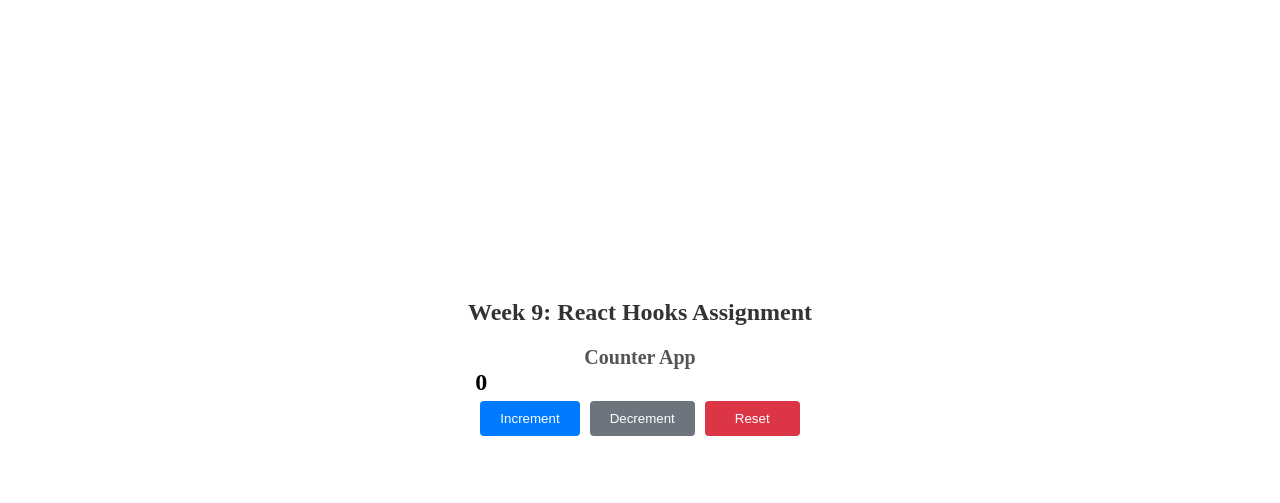
Repository: Daki-builds/REACT-HOOKS
Page: /
An editor plug-in stored every save of this project. The page is shown before and after the next save, followed by the edit.
The browser window is 1280 px wide. The pictures show the whole page.
The project was rebuilt for these pictures with package versions that can differ from the ones it lists, and the page was loaded fresh each time. Also part of the build but not shown: vite.config.js, src/index.css.

Above is the page before, as saved 2026-10-28 10:49:21.

After the next save:
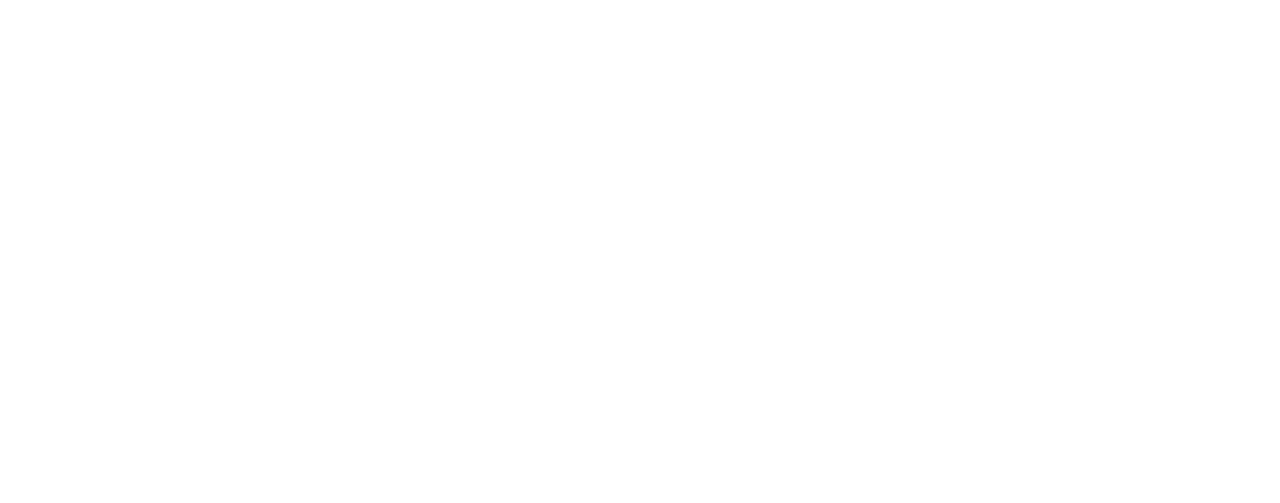
Console error: ReferenceError: TodoList is not defined
Saved 3 min 50 s later.
--- a/src/App.jsx
+++ b/src/App.jsx
@@ -6,6 +6,7 @@
     <div className="app">
       <h1 className="app-title">Week 9: React Hooks Assignment</h1>
       <Counter />
+      <TodoList />
     </div>
   );
 }

After the save that followed:
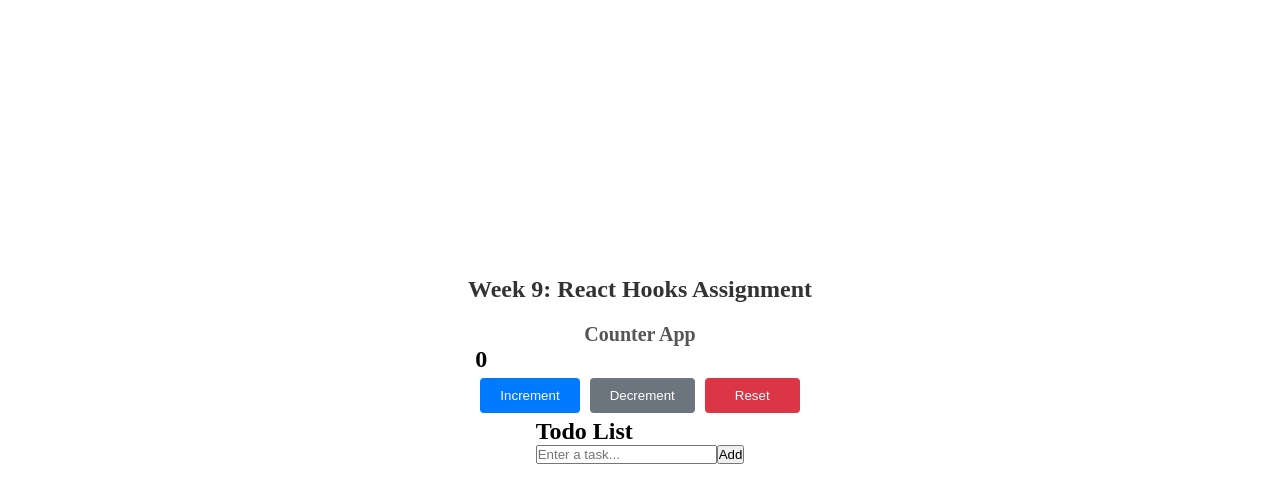
The error is gone.
Saved 35 s later.
--- a/src/App.jsx
+++ b/src/App.jsx
@@ -1,5 +1,6 @@
 import Counter from "./components/Counter";
 import "./App.css";
+import TodoList from "./components/TodoList";
 
 function App() {
   return (
